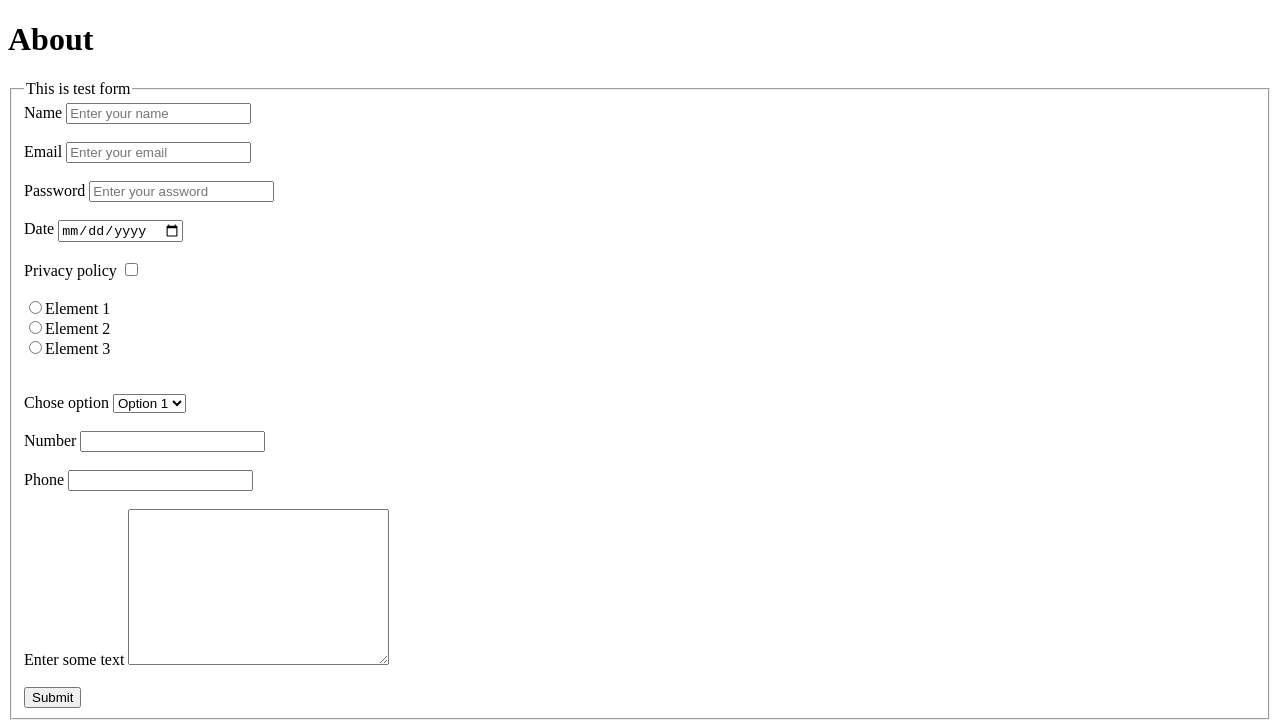
Repository: fisikusari/test-repo
Page: about.html
An editor plug-in stored every save of this project. The page is shown before and after the next save, followed by the edit.
The browser window is 1280 px wide. The pictures show the whole page.

Above is the page before, as saved 2021-11-11 20:14:15.

### about.html
<!DOCTYPE html>
<html lang="en">

<head>
  <meta charset="UTF-8">
  <meta http-equiv="X-UA-Compatible" content="IE=edge">
  <meta name="viewport" content="width=device-width, initial-scale=1.0">
  <title>About</title>
</head>

<body>
  <h1>About</h1>
  <!--Form Starts here-->
  <form action="">
    <!--Fieldset Starts here-->
    <fieldset>
      <legend>This is test form</legend>
      <label for="name">Name</label>
      <input type="text" id="name" name="emri" placeholder="Enter your name" /><br><br>
      <label for="email">Email</label>
      <input type="email" name="email" id="email" placeholder="Enter your email" /><br></br>
      <label for="password">Password</label>
      <input type="password" name="password" id="password" placeholder="Enter your assword"><br><br>
      <label for="date">Date</label>
      <input type="date" name="date" id="date"><br><br>
      <label for="privacy_policy">Privacy policy</label>
      <input type="checkbox" name="privacy_policy" id="privacy_policy"> <br></br>
      <label for="radio_item_1">
        <input type="radio" name="default_name" value="1">Element 1 <br>
        <input type="radio" name="default_name" value="2">Element 2 <br>
        <input type="radio" name="default_name" value="3">Element 3 <br>
      </label>
      <br><br>
      <label for="options">Chose option</label>
      <select name="options" id="options">
        <option value="1">Option 1</option>
        <option value="2">Option 2</option>
        <option value="3">Option 3</option>
      </select>
      <input type="hidden" name="hidden" value="xyz123K">
      <br><br>
      <label for="number">Number</label>
      <input type="number" name="number" id="number"><br><br>
      <label for="tel">Phone</label>
      <input type="tel" name="tel" id="tel"><br><br>
      <label for="textarea">Enter some text</label>
      <textarea name="" id="" cols="30" rows="10"></textarea> <br><br>
      <input type="submit" value="Submit">
    </fieldset>
    <!--Fieldset Ends here-->
  </form>
  <!--Form Ends here-->
</body>

</html>

After the next save:
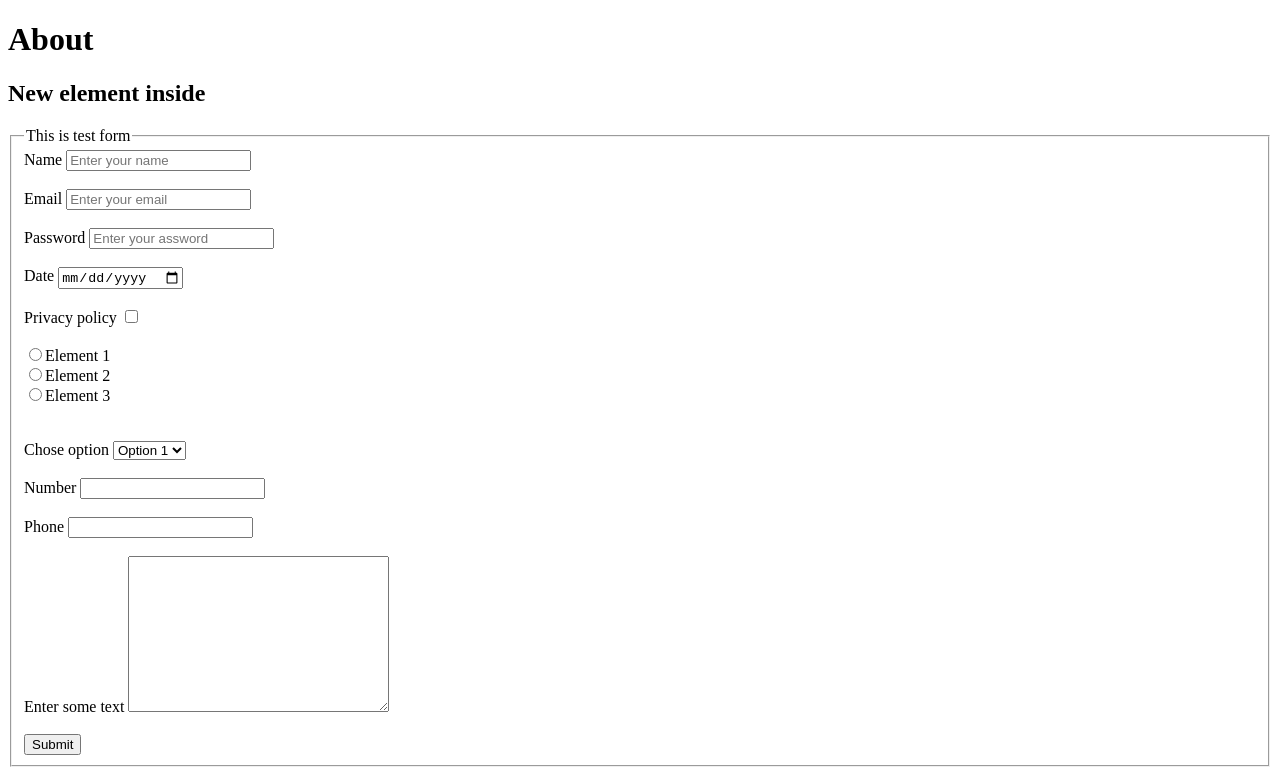
Saved 26 h 14 min later.
--- a/about.html
+++ b/about.html
@@ -10,6 +10,7 @@
 
 <body>
   <h1>About</h1>
+  <h2>New element inside</h2>
   <!--Form Starts here-->
   <form action="">
     <!--Fieldset Starts here-->
